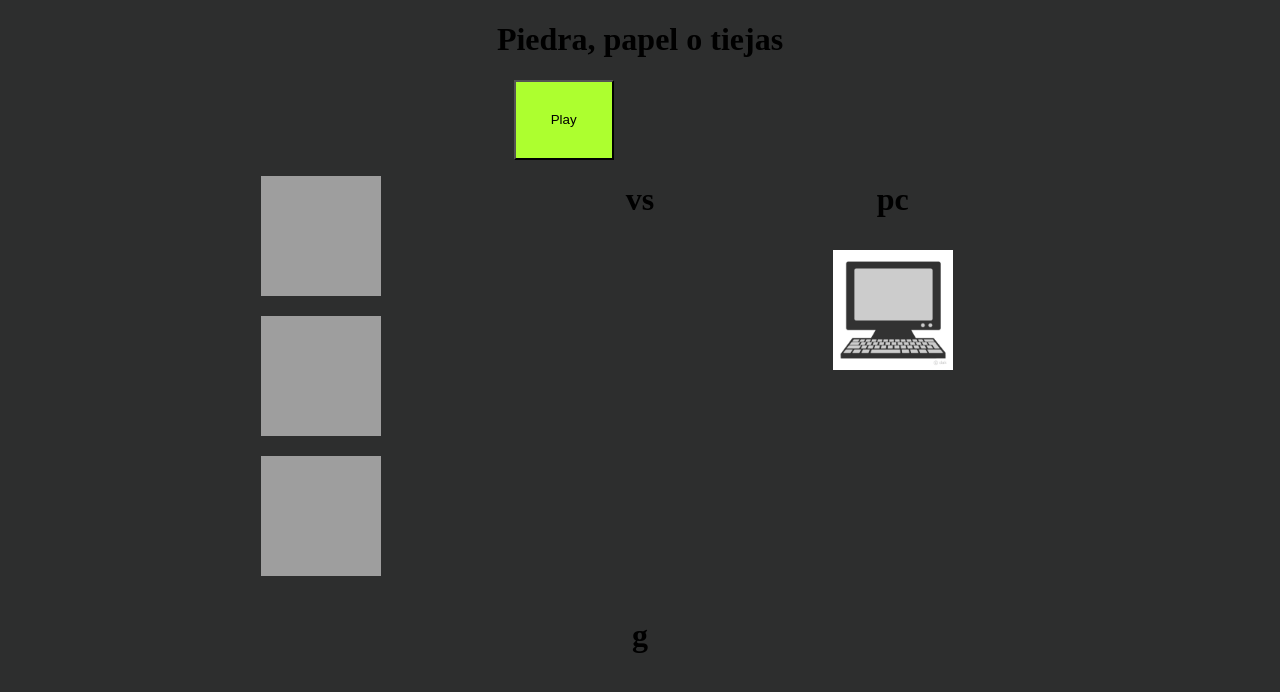
Repository: Kevin8548/FundamentosJS
Page: scissors.html
An editor plug-in stored every save of this project. The page is shown before and after the next save, followed by the edit.
The browser window is 1280 px wide. The pictures show the whole page.
Pictures or frames that could not be fetched are drawn as grey boxes.

Above is the page before, as saved 2024-09-23 05:52:37.
Console error: SyntaxError: Unexpected token ';'

After the next save:
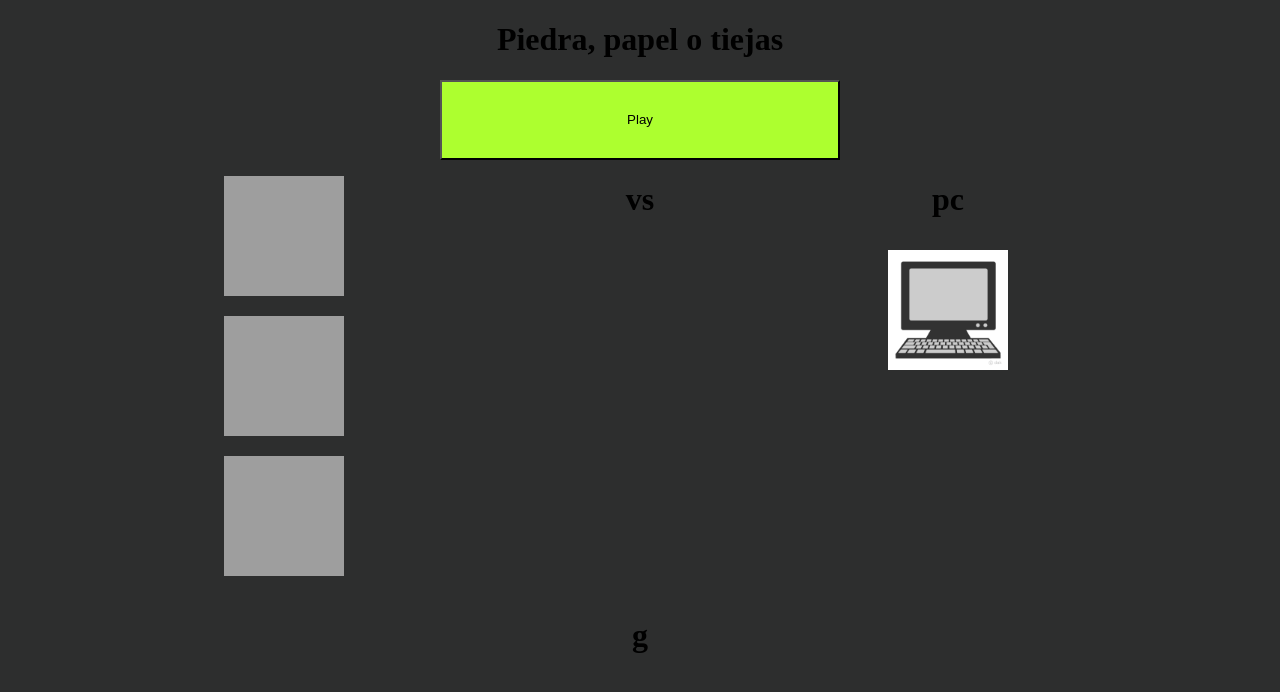
Saved 8 s later.
--- a/style.css
+++ b/style.css
@@ -27,6 +27,6 @@ background-color: rgb(45, 46, 46);
 
 button {
     background-color: greenyellow;
-    width: 100px;
+    width: 400px;
     height: 80px;
 }
